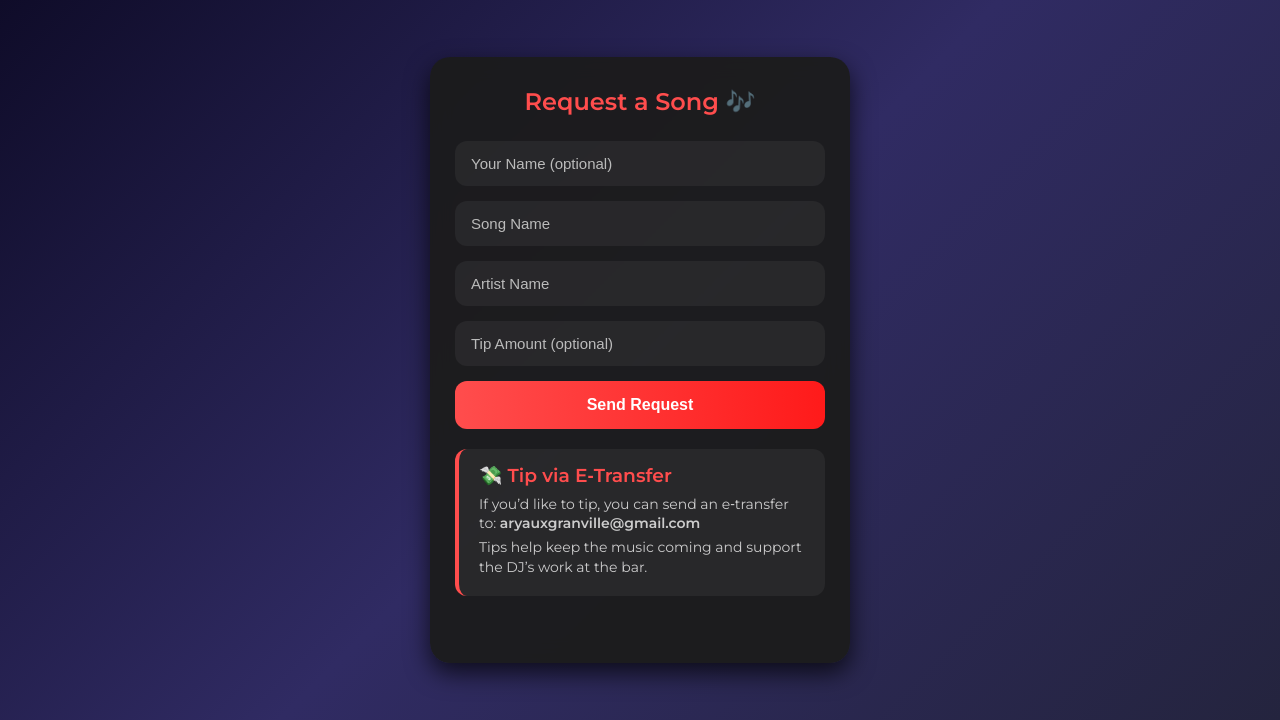
Repository: AryanHeravi/DJ-Request
Page: song_request.html
An editor plug-in stored every save of this project. The page is shown before and after the next save, followed by the edit.
The browser window is 1280 px wide. The pictures show the whole page.

Above is the page before, as saved 2026-01-05 06:32:46.

### song_request.html
<!DOCTYPE html>
<html lang="en">
<head>
<meta charset="UTF-8">
<meta name="viewport" content="width=device-width, initial-scale=1.0">
<title>Bar Song Request</title>
<link href="https://fonts.googleapis.com/css2?family=Montserrat:wght@400;600&display=swap" rel="stylesheet">
<style>
  * {
    box-sizing: border-box;
    margin: 0;
    padding: 0;
  }

  body {
    font-family: 'Montserrat', sans-serif;
    background: linear-gradient(135deg, #0f0c29, #302b63, #24243e);
    display: flex;
    justify-content: center;
    align-items: center;
    min-height: 100vh;
    color: #fff;
  }

  .container {
    background: rgba(28,28,28,0.95);
    backdrop-filter: blur(10px);
    padding: 30px 25px;
    border-radius: 20px;
    width: 100%;
    max-width: 420px;
    box-shadow: 0 10px 25px rgba(0,0,0,0.7);
    transition: transform 0.3s ease;
  }

  .container:hover {
    transform: translateY(-3px);
  }

  h2 {
    text-align: center;
    color: #ff4d4d;
    margin-bottom: 25px;
  }

  form {
    display: flex;
    flex-direction: column;
    gap: 15px;
  }

  input {
    padding: 14px 16px;
    border-radius: 12px;
    border: none;
    outline: none;
    font-size: 15px;
    background: rgba(255,255,255,0.05);
    color: #fff;
    transition: all 0.2s ease;
  }

  input::placeholder {
    color: #bbb;
  }

  input:focus {
    background: rgba(255,255,255,0.15);
    box-shadow: 0 0 8px rgba(255,77,77,0.5);
  }

  button {
    padding: 15px;
    border-radius: 12px;
    border: none;
    background: linear-gradient(90deg, #ff4d4d, #ff1a1a);
    color: #fff;
    font-size: 16px;
    font-weight: 600;
    cursor: pointer;
    transition: all 0.3s ease;
  }

  button:hover {
    background: linear-gradient(90deg, #ff1a1a, #ff4d4d);
    transform: scale(1.02);
  }

  /* E-transfer card */
  .tip-card {
    background: rgba(255,255,255,0.05);
    border-radius: 12px;
    padding: 15px 20px;
    margin-top: 20px;
    color: #fff;
    border-left: 4px solid #ff4d4d;
  }

  .tip-card h3 {
    margin: 0 0 8px 0;
    color: #ff4d4d;
    font-weight: 600;
  }

  .tip-card p {
    margin: 0 0 4px 0;
    font-size: 14px;
    line-height: 1.4;
    color: #ccc;
  }

  .confirmation {
    text-align: center;
    margin-top: 18px;
    font-size: 16px;
    color: #00ff99;
    opacity: 0;
    transform: translateY(-5px);
    transition: opacity 0.5s ease, transform 0.5s ease;
  }

  .confirmation.show {
    opacity: 1;
    transform: translateY(0);
  }

  @media (max-width: 480px) {
    .container {
      padding: 25px 20px;
    }

    input {
      font-size: 14px;
    }

    button {
      font-size: 15px;
    }
  }
</style>
</head>
<body>

<div class="container">
  <h2>Request a Song 🎶</h2>
  <form id="songForm">
    <input type="text" name="name" placeholder="Your Name (optional)">
    <input type="text" name="song" placeholder="Song Name" required>
    <input type="text" name="artist" placeholder="Artist Name" required>
    <input type="text" name="tip" placeholder="Tip Amount (optional)">
    <button type="submit">Send Request</button>
  </form>

  <!-- E-Transfer Section -->
  <div class="tip-card">
    <h3>💸 Tip via E‑Transfer</h3>
    <p>If you’d like to tip, you can send an e‑transfer to: <strong>aryauxgranville@gmail.com</strong></p>
    <p>Tips help keep the music coming and support the DJ’s work at the bar.</p>
  </div>

  <div class="confirmation" id="confirmation">
    🎵 Your song request has been sent! Thanks!
  </div>
</div>

<script src="https://cdn.jsdelivr.net/npm/@emailjs/browser@3/dist/email.min.js"></script>
<script>
  const form = document.getElementById('songForm');
  const confirmation = document.getElementById('confirmation');

  form.addEventListener('submit', function(e) {
    e.preventDefault();

    emailjs.sendForm(
      "service_3dp90wc",
      "template_dyxg225",
      this,
      "iueAUOM_QorKi02S6"
    )
    .then((response) => {
      if (response.status >= 200 && response.status < 300) {
        confirmation.classList.add('show');
        form.reset();
        setTimeout(() => confirmation.classList.remove('show'), 4000);
      } else {
        throw new Error("Unexpected response status: " + response.status);
      }
    })
    .catch((err) => {
      console.error("EmailJS error:", err);
      confirmation.style.color = "#ff5555";
      confirmation.textContent = "⚠️ Oops! Something went wrong. Try again.";
      confirmation.classList.add('show');
      setTimeout(() => {
        confirmation.classList.remove('show');
        confirmation.style.color = "#00ff99";
        confirmation.textContent = "🎵 Your song request has been sent! Thanks!";
      }, 4000);
    });
  });
</script>

</body>
</html>

After the next save:
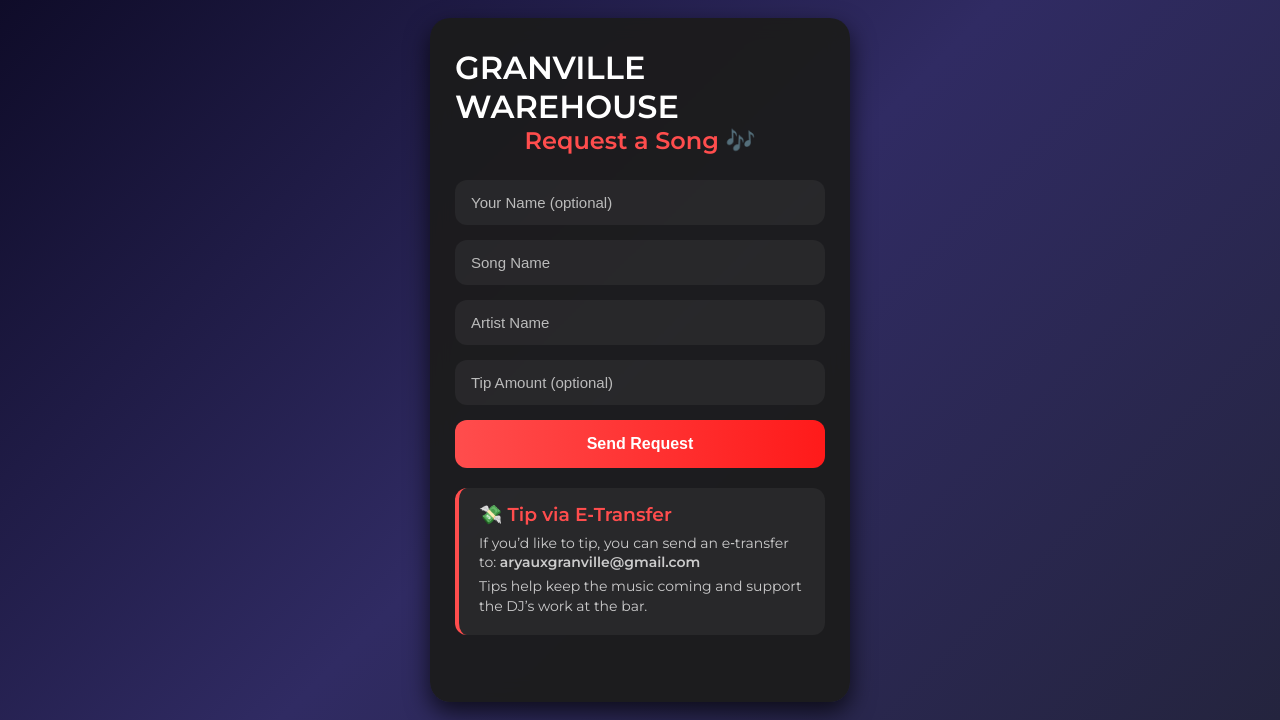
Saved 39 h 23 min later.
--- a/song_request.html
+++ b/song_request.html
@@ -142,6 +142,7 @@
 <body>
 
 <div class="container">
+  <h1>GRANVILLE WAREHOUSE</h1>
   <h2>Request a Song 🎶</h2>
   <form id="songForm">
     <input type="text" name="name" placeholder="Your Name (optional)">
